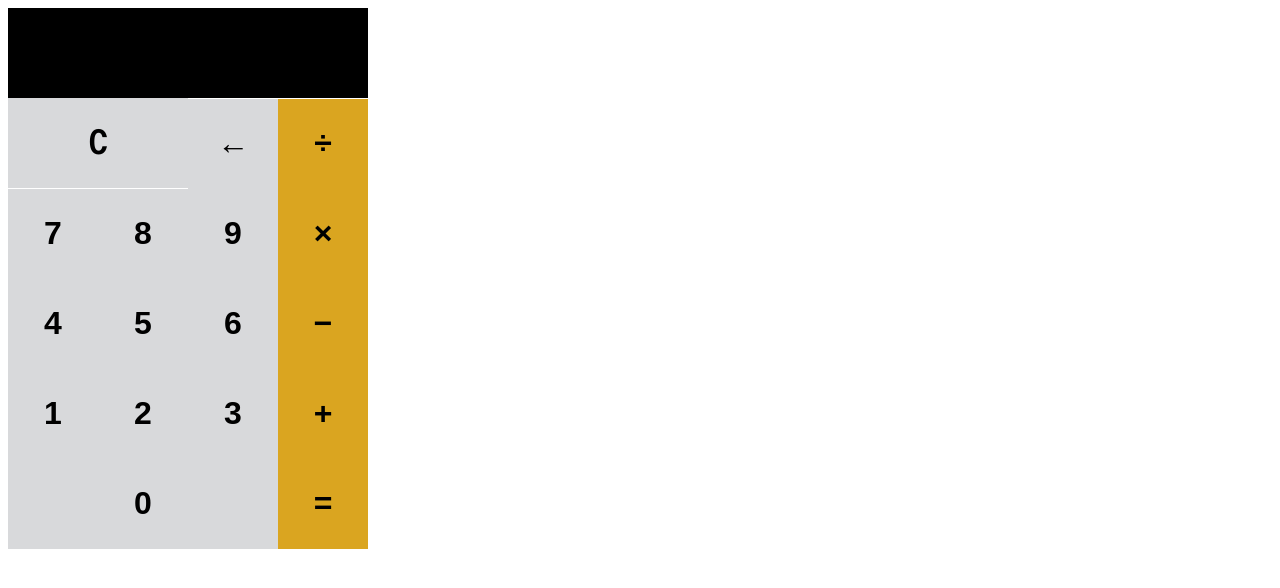
Repository: jontslater/LAB-calculator2
Page: index.html
An editor plug-in stored every save of this project. The page is shown before and after the next save, followed by the edit.
The browser window is 1280 px wide. The pictures show the whole page.

Above is the page before, as saved 2023-10-14 10:26:42.

After the next save:
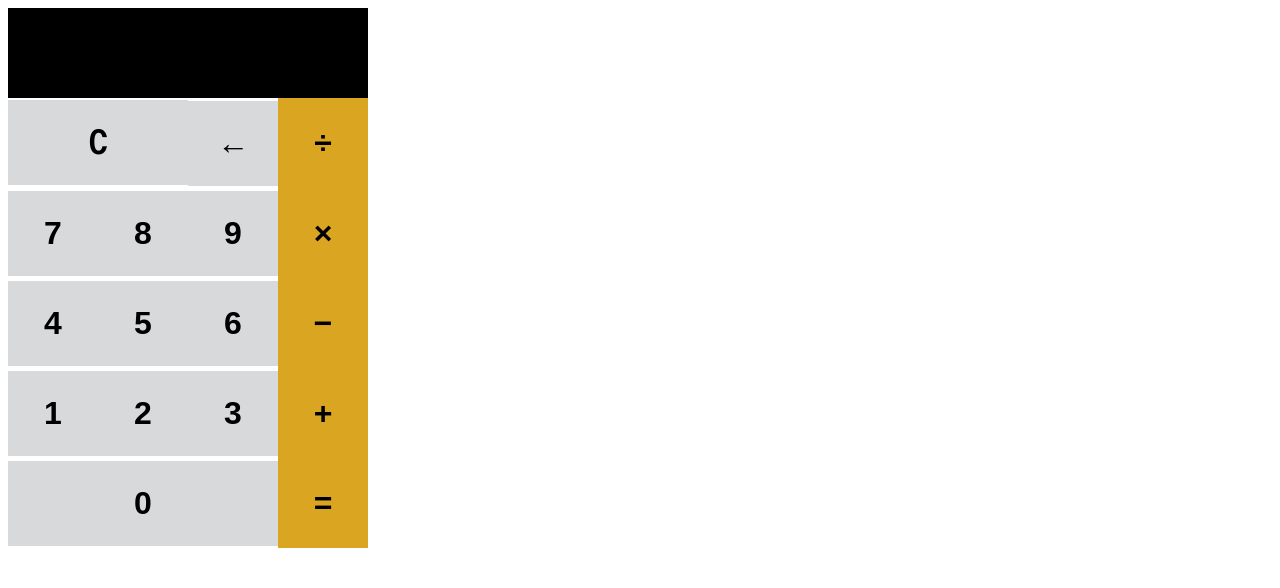
Saved 14 s later.
--- a/main.css
+++ b/main.css
@@ -21,7 +21,7 @@
 
 .gray{
   background-color: #d8d9db;
-  height: 90px;
+  height: 85px;
   width: 90px;
   font-size: xx-large;
   font-weight: bold;

After the 3 saves that followed:
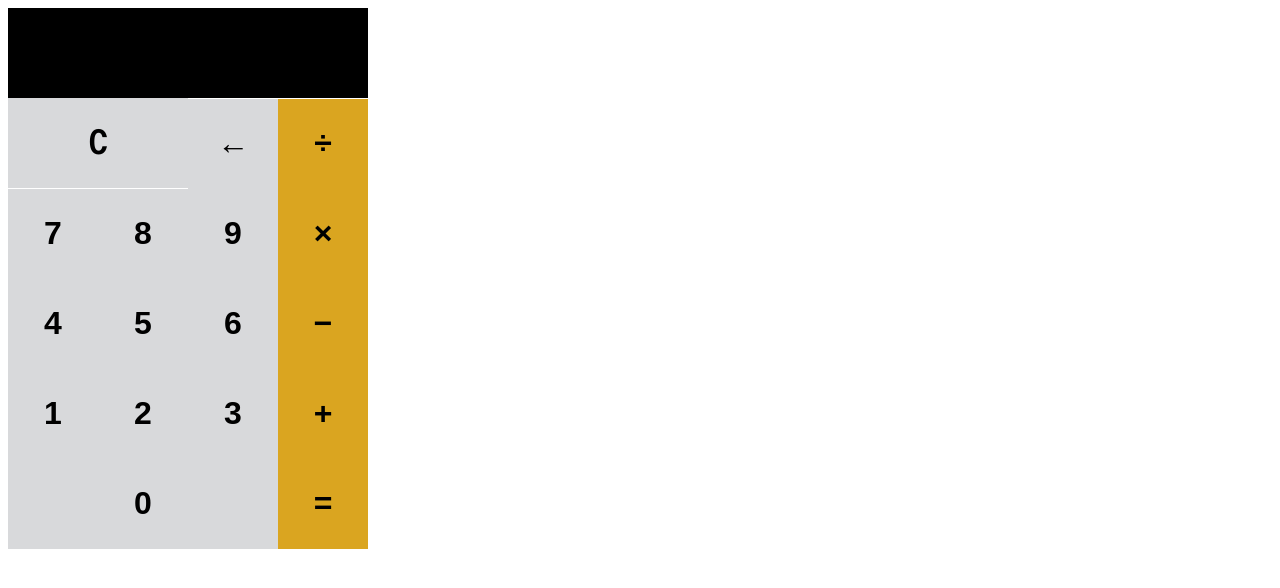
The 3 saves are shown as one change because 2 left the picture as it was.
The last was saved 29 s later.
--- a/main.css
+++ b/main.css
@@ -21,7 +21,7 @@
 
 .gray{
   background-color: #d8d9db;
-  height: 85px;
+  height: 90px;
   width: 90px;
   font-size: xx-large;
   font-weight: bold;
